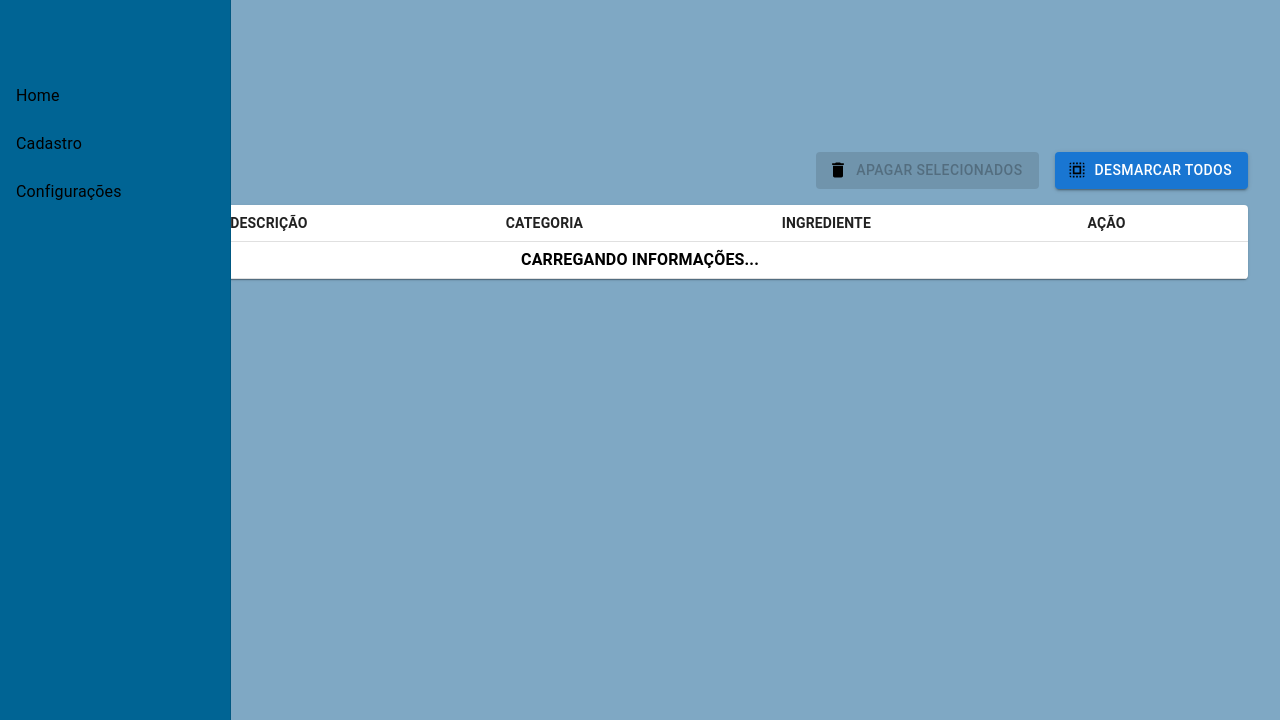
Repository: oZanella/projeto_windel_web_CRM
Page: /
These files come from the project's save history. The page is drawn as it stood at one moment and after a run of saves; the edit follows.
The browser window is 1280 px wide. The pictures show the whole page.
The page's requests for data from a server got no answer. The project was rebuilt for these pictures with package versions that can differ from the ones it lists, and the page was loaded fresh each time. No one was signed in, and anything a server would have sent is missing. Also part of the build but not shown: vite.config.js, src/components/Button.jsx, src/components/ModalConfirmDelete.jsx, src/routes/Configuracoes.jsx. Imported but missing from the stored project, and not drawn on this page: src/routes/Cadastro.jsx.

Above is the page before, as saved 2024-08-19 08:41:02.

### index.html
<!doctype html>
<html lang="en">

<head>
  <meta charset="UTF-8" />
  <link rel="icon" type="image/svg+xml" href="./src/image/LogoWindel.svg" />
  <link rel="stylesheet" href="src/style/GlobalStyles.css" />
  <link href="https://fonts.googleapis.com/css2?family=Playfair+Display&display=swap" rel="stylesheet">

  <meta name="viewport" content="width=device-width, initial-scale=1.0" />
  <title>Projeto Teste - CRM </title>
</head>

<body>
  <div id="root"></div>
  <script type="module" src="/src/main.jsx"></script>
</body>

</html>

### src/style/GlobalStyles.css
:root {
  --click: #7fa8c4;
  --primary: #E8F1F2;
  --darkblue: #13293D;
  --secondary: #000000;
  --ligthblue: #1b98e0;
  --animation: #006494;
  --ligthkgrey: #D3D3D3;
  --blueceledron: #247ba0;
  --delete: #FF0000;
}

* {
    color: var(--secondary);
}

body {
  background-color: var(--click);
}

### src/main.jsx
import { createBrowserRouter, RouterProvider, Navigate } from "react-router-dom"
import { createRoot } from 'react-dom/client'
import { StrictMode } from 'react'
import { App } from './App.jsx'

import './style/GlobalStyles.css'

//páginas do projeto
import { Cadastro } from './routes/Cadastro.jsx'
import { Home } from './routes/Home.jsx'
import { Configuracoes } from './routes/configuracoes.jsx'

const router = createBrowserRouter([
  {
    element: <App />,
    children: [
      {
        path: '/',
        element: <Navigate to="/home" replace />,
      },
      {
        path: '/home',
        element: <Home />,
      },
      {
        path: '/cadastro',
        element: <Cadastro />,
      },
      {
        path: '/configuracoes',
        element: <Configuracoes />,
      },
    ],
  },
])

createRoot(document.getElementById('root')).render(
  <StrictMode>
    <RouterProvider router={router} />
  </StrictMode>,
)

### src/App.jsx
import { Header } from './components/Header'
import { Outlet } from 'react-router-dom'
import { Box } from '@mui/material'
import './style/GlobalStyles.css'

export function App() {
  return (
    <Box sx={{ p: { xs: 2, sm: 3 }, marginTop: { xs: 8, sm: 8 } }}>
      <Header />
      <Box>
        <Outlet />
      </Box>
    </Box>
  );
}

### src/routes/Home.jsx
import React, { useEffect, useState } from 'react';
import { Box, TextField, Button, Dialog, DialogActions, DialogContent, DialogTitle, Select, MenuItem, FormControl, InputLabel } from '@mui/material';

import { handleShowDetails, handleEdit, handleSave, handleInputChange } from '../components/Handle';
import { CardDados } from '../components/TableHome';

import { blogFetch } from '../axios/config';


export const Home = () => {
  const [posts, setPosts] = useState([]);
  const [selectInfo, setSelectInfo] = useState(null);
  const [modeEdit, setModeEdit] = useState(null);
  const [dataEdit, setDataEdit] = useState({});
  const [openAddDialog, setOpenAddDialog] = useState(false);
  const [newPost, setNewPost] = useState({ name: '', description: '', category: '' });

  const getPosts = async () => {
    try {
      const response = await blogFetch.get("/recipe");
      const uniqueData = response.data.filter((value, index, self) =>
        index === self.findIndex((t) => t.id === value.id)
      );
      setPosts(uniqueData); // Garante que não tenha dados duplicados
    } catch (error) {
      console.log(error);
    }
  };

  useEffect(() => {
    getPosts();
  }, []);

  const handleDelete = async (postId) => {
    try {
      await blogFetch.delete(`/recipe/${postId}`);
      setPosts(posts.filter(post => post.id !== postId));
      console.log('Post deletado com sucesso');
    } catch (error) {
      console.error('Erro ao deletar o post', error);
    }
  };

  const handleAddOpen = () => setOpenAddDialog(true);
  const handleAddClose = () => setOpenAddDialog(false);

  {/* API para envio do novo registro*/ }
  const handleAdd = async () => {
    try {
      const newPostFormatted = {
        name: newPost.name,
        description: newPost.description,
        ingredients: [],
        category: newPost.category,
        isFavorite: newPost.isFavorite
      };

      const response = await blogFetch.post("/recipe", newPostFormatted);
      setPosts([...posts, response.data]);
      setNewPost({ name: '', description: '', category: '', isFavorite: false });
      handleAddClose();
      console.log('Post adicionado com sucesso');
    } catch (error) {
      console.error('Erro ao adicionar o post', error);
    }
  };

  return (
    <Box>
      {/* Dados para Adicionar Novo Registro */}
      <Dialog open={openAddDialog} onClose={handleAddClose}>
        <DialogTitle>Adicionar Novo Registro</DialogTitle>
        <DialogContent>
          <TextField
            name="name"
            label="Nome"
            value={newPost.name}
            onChange={(e) => setNewPost({ ...newPost, name: e.target.value })}
            fullWidth
            sx={{ marginBottom: 2 }}
          />
          <TextField
            name="description"
            label="Descrição"
            value={newPost.description}
            onChange={(e) => setNewPost({ ...newPost, description: e.target.value })}
            fullWidth
            sx={{ marginBottom: 2 }}
          />
          <TextField
            name="category"
            label="Categoria"
            value={newPost.category}
            onChange={(e) => setNewPost({ ...newPost, category: e.target.value })}
            fullWidth
            sx={{ marginBottom: 2 }}
          />
          <FormControl fullWidth sx={{ marginBottom: 2 }}>
            <InputLabel>Favorito</InputLabel>
            <Select
              name="isFavorite"
              value={newPost.isFavorite}
              onChange={(e) => setNewPost({ ...newPost, isFavorite: e.target.value })}
              label="Favorito"
            >
              <MenuItem value={true}>Sim</MenuItem>
              <MenuItem value={false}>Não</MenuItem>

            </Select>
          </FormControl>
        </DialogContent>
        <DialogActions>
          <Button onClick={handleAddClose}>Cancelar</Button>
          <Button onClick={handleAdd}>Adicionar</Button>
        </DialogActions>
      </Dialog>

      <CardDados
        posts={posts}
        handleDelete={handleDelete}
        handleEdit={handleEdit}
        handleSave={handleSave}
        modeEdit={modeEdit}
        setModeEdit={setModeEdit}
        dataEdit={dataEdit}
        setDataEdit={setDataEdit}
        handleInputChange={handleInputChange}
        selectInfo={selectInfo}
        setSelectInfo={setSelectInfo}
        handleShowDetails={handleShowDetails}
      />
    </Box>
  );
};

### src/components/Header.jsx
import { AppBar, Toolbar, Typography, Box, Button, IconButton, Drawer, List, ListItem, ListItemText } from '@mui/material';
import MenuIcon from '@mui/icons-material/Menu';
import Logo from '../image/LogoWindel.svg';
import { Link } from 'react-router-dom';
import React, { useState } from 'react';

export const Header = () => {
  const [isDrawerOpen, setIsDrawerOpen] = useState(false);

  const toggleDrawer = (open) => () => {
    setIsDrawerOpen(open);
  };

  const menuItems = [
    { text: 'Home', link: '/home' },
    { text: 'Cadastro', link: '/cadastro' },
    { text: 'Configurações', link: '/configuracoes' },
  ];

  return (
    <>

      <AppBar
        position="fixed"
        sx={{
          display: { xs: 'flex', sm: 'none' },
          width: '100%',
          boxShadow: '0px 0.01px 11px var(--secondary)',
          top: 0,
          left: 0,
          backgroundColor: 'var(--darkblue)',
        }}
      >
        <Toolbar
          sx={{
            display: 'flex',
            justifyContent: 'space-between',
          }}
        >
          <IconButton
            edge="start"
            color="inherit"
            aria-label="menu"
            onClick={toggleDrawer(true)}
          >
            <MenuIcon />

          </IconButton>
          <Typography variant="h6" sx={{ flexGrow: 1 }}>
            Cooking Cake
          </Typography>

          <IconButton
            to={`/home`}
            sx={{
              cursor: 'default',
            }}
            component={Link}
            aria-label="logo"
          >
            <img src={Logo} alt="Logo" style={{ width: '50px', height: '40px' }} />
          </IconButton>
        </Toolbar>
      </AppBar>


      <Drawer
        anchor="left"
        open={isDrawerOpen}
        onClose={toggleDrawer(false)}
        sx={{
          display: { xs: 'block', sm: 'none' },
          '& .MuiDrawer-paper': {
            width: 240,
            backgroundColor: 'var(--darkblue)',
          },
        }}
      >
        <List>
          {menuItems.map((item) => (
            <ListItem key={item.text} component={Link} to={item.link} onClick={toggleDrawer(false)}>
              <ListItemText primary={item.text} />
            </ListItem>
          ))}
        </List>
      </Drawer>


      <Drawer
        variant="permanent"
        sx={{
          display: { xs: 'none', sm: 'block' },
          '& .MuiDrawer-paper': {
            width: 230,
            backgroundColor: 'var(--animation)',
          },
        }}
        open
      >
        <Toolbar />
        <Box sx={{ overflow: 'auto' }}>
          <List>
            {menuItems.map((item) => (
              <ListItem key={item.text} component={Link} to={item.link}>
                <ListItemText primary={item.text} />
              </ListItem>
            ))}
          </List>
        </Box>
      </Drawer>

      {/* Area do main */}
      <Box
        component="main"
        sx={{
          marginLeft: { sm: '500px' },
          mt: '64px',
        }}
      >

      </Box>
    </>
  );
};

### src/components/Handle.jsx

import { blogFetch } from '../axios/config';


export const handleShowDetails = (post, setSelectInfo, selectInfo) => {
  if (selectInfo?.id === post.id) {
    setSelectInfo(null); // Fecha se já estiver aberto
  } else {
    setSelectInfo(post); // Abre o post atual
  }
};

export const handleEdit = (post, setModeEdit, setDataEdit) => {
  setModeEdit(post.id);
  setDataEdit(post);
};

//continua com erro, verificar!!
export const handleSave = async (postId, updateData) => {
  try {
    // Envie uma requisição PUT ou POST para salvar os dados atualizados
    const response = await blogFetch.put(`/blogFetch/posts/${postId}`, updateData);
    console.log('Dados salvos com sucesso', response.data);

  } catch (error) {
    console.error('Erro de API', error);
  }
};

export const handleInputChange = (e, setDataEdit) => {
  setDataEdit(prevDataEdit => ({ ...prevDataEdit, [e.target.name]: e.target.value }));
};

### src/components/TableHome.jsx
import React, { useState, useEffect } from 'react';
import {
  Table, TableBody, TableCell, TableContainer, TableHead, TableRow, Typography, Box, Button, IconButton, TextField, Dialog, DialogContent, DialogActions, FormControlLabel, Switch, Chip, Paper, Checkbox
} from '@mui/material';
import EditIcon from '@mui/icons-material/Edit';
import SaveIcon from '@mui/icons-material/Save';
import AddIcon from '@mui/icons-material/Add';
import CloseIcon from '@mui/icons-material/Close';
import DeleteIcon from '@mui/icons-material/Delete';
import SelectAllIcon from '@mui/icons-material/SelectAll';
import axios from 'axios';
import { DeleteButton } from './Button';

const API_BASE_URL = 'https://teste-tecnico-front-api.up.railway.app';

export const CardDados = ({
  posts, setPosts, handleDelete
}) => {
  const [openModal, setOpenModal] = useState(false);
  const [currentPost, setCurrentPost] = useState(null);
  const [dataEdit, setDataEdit] = useState({});
  const [newIngredient, setNewIngredient] = useState('');
  const [selectedPosts, setSelectedPosts] = useState([]);

  useEffect(() => {
    if (currentPost) {
      setDataEdit({ ...currentPost });
    }
  }, [currentPost]);

  const handleEditOpen = (post) => {
    setCurrentPost(post);
    setOpenModal(true);
  };

  const handleEditClose = () => {
    setOpenModal(false);
    setCurrentPost(null);
    setNewIngredient('');
  };

  const handleSaveModal = async () => {
    if (currentPost) {
      try {
        await axios.put(`${API_BASE_URL}/posts/${currentPost.id}`, dataEdit);
        const response = await axios.get(`${API_BASE_URL}/posts`);
        setPosts(response.data);
        handleEditClose();
      } catch (error) {
        console.error('Error ao salvar:', error);
      }
    }
  };

  const handleAddIngredient = () => {
    if (newIngredient.trim() !== '') {
      setDataEdit((prevData) => ({
        ...prevData,
        ingredients: [...(prevData.ingredients || []), newIngredient.trim()],
      }));
      setNewIngredient('');
    }
  };

  const handleRemoveIngredient = (ingredientToRemove) => {
    setDataEdit((prevData) => ({
      ...prevData,
      ingredients: (prevData.ingredients || []).filter((ingredient) => ingredient !== ingredientToRemove),
    }));
  };

  const handleSelectAll = () => {
    if (selectedPosts.length === posts.length) {
      setSelectedPosts([]); // Deselect all
    } else {
      setSelectedPosts(posts.map(post => post.id)); // Select all
    }
  };

  const handleDeleteSelected = async () => {
    try {
      await Promise.all(selectedPosts.map(id => axios.delete(`${API_BASE_URL}/posts/${id}`)));
      const response = await axios.get(`${API_BASE_URL}/posts`);
      setPosts(response.data);
      setSelectedPosts([]);
    } catch (error) {
      console.error('Error ao apagar os registros:', error);
    }
  };

  const handleSelectPost = (id) => {
    setSelectedPosts(prevSelected =>
      prevSelected.includes(id)
        ? prevSelected.filter(postId => postId !== id)
        : [...prevSelected, id]
    );
  };

  return (
    <>
      <Box sx={{ display: 'flex', justifyContent: 'flex-end', mb: 2 }}>
        <Button
          variant="contained"
          color="error"
          startIcon={<DeleteIcon />}
          onClick={handleDeleteSelected}
          disabled={selectedPosts.length === 0}
          sx={{ marginRight: 2 }}
        >
          Apagar Selecionados
        </Button>
        <Button
          variant="contained"
          color="primary"
          startIcon={<SelectAllIcon />}
          onClick={handleSelectAll}
        >
          {selectedPosts.length === posts.length ? 'Desmarcar Todos' : 'Selecionar Todos'}
        </Button>
      </Box>

      {/* Tabela aonde aparece os dados */}
      <TableContainer component={Paper} sx={{ overflowX: 'auto' }}>
        <Table size='small'>
          <TableHead>
            <TableRow>
              <TableCell sx={{ fontWeight: 'bold', textTransform: 'uppercase' }}>Nome</TableCell>
              <TableCell sx={{ fontWeight: 'bold', textTransform: 'uppercase' }}>Descrição</TableCell>
              <TableCell sx={{ fontWeight: 'bold', textTransform: 'uppercase' }}>Categoria</TableCell>
              <TableCell sx={{ fontWeight: 'bold', textTransform: 'uppercase' }}>Ingrediente</TableCell>
              <TableCell sx={{ fontWeight: 'bold', textTransform: 'uppercase' }}>Ação</TableCell>
            </TableRow>
          </TableHead>
          <TableBody>
            {posts.length === 0 ? (
              <TableRow>
                <TableCell colSpan={5} align="center">
                  <Typography variant="body1" sx={{ fontWeight: 'bold', textTransform: 'uppercase' }}>Carregando informações...</Typography>
                </TableCell>
              </TableRow>
            ) : (
              posts.map((post) => (
                <TableRow sx={{ height: 'auto' }} key={post.id}>
                  <TableCell sx={{ padding: '8px' }}>
                    {post.name}
                  </TableCell>
                  <TableCell sx={{ padding: '8px' }}>{post.description}</TableCell>
                  <TableCell sx={{ padding: '8px' }}>{post.category}</TableCell>

                  <TableCell sx={{ padding: '8px' }}>
                    <Box sx={{
                      display: 'flex',
                      flexWrap: 'wrap',
                      overflowX: 'auto',
                      gap: 1,
                      width: '100%',
                    }}>
                      {post.ingredients && post.ingredients.length > 0 ? (
                        post.ingredients.map((ingredient) => (
                          <Box
                            key={ingredient.id}
                            sx={{
                              display: 'flex',
                              flexDirection: 'column',
                              alignItems: 'flex-start',
                              marginRight: 1,
                              marginBottom: 1,
                            }}
                          >
                            <Typography variant="body1">{ingredient.name}</Typography>
                            <Typography variant="body2" color="textSecondary">
                              Quantidade: {ingredient.quantity}
                            </Typography>
                          </Box>
                        ))
                      ) : (
                        <Typography variant="body2">Nenhum ingrediente disponível</Typography>
                      )}
                    </Box>
                  </TableCell>

                  <TableCell>
                    <Box sx={{ display: 'flex', alignItems: 'center' }}>
                      <Checkbox
                        checked={selectedPosts.includes(post.id)}
                        onChange={() => handleSelectPost(post.id)}
                        color="primary"
                      />
                      <IconButton
                        color="primary"
                        onClick={() => handleEditOpen(post)}
                        sx={{ mr: 1 }}
                      >
                        <EditIcon />
                      </IconButton>
                      <IconButton
                        color="error"
                        onClick={() => handleDelete(post.id)}
                      >
                        <DeleteIcon />
                      </IconButton>
                    </Box>
                  </TableCell>
                </TableRow>
              ))
            )}
          </TableBody>
        </Table>
      </TableContainer>

      {/* Modal de edição */}
      <Dialog open={openModal} onClose={handleEditClose} fullWidth maxWidth="sm">
        <DialogContent>
          {currentPost && (
            <Box component="form" sx={{ display: 'flex', flexDirection: 'column', gap: 2 }}>
              <TextField
                name="name"
                label="Nome"
                value={dataEdit.name || ''}
                onChange={(e) => setDataEdit({ ...dataEdit, name: e.target.value })}
                fullWidth
                sx={{ marginBottom: 2 }}
              />
              <TextField
                name="description"
                label="Descrição"
                value={dataEdit.description || ''}
                onChange={(e) => setDataEdit({ ...dataEdit, description: e.target.value })}
                fullWidth
                sx={{ marginBottom: 2 }}
              />
              <TextField
                name="category"
                label="Categoria"
                value={dataEdit.category || ''}
                onChange={(e) => setDataEdit({ ...dataEdit, category: e.target.value })}
                fullWidth
                sx={{ marginBottom: 2 }}
              />
              <FormControlLabel
                control={
                  <Switch
                    checked={dataEdit.isFavorite || false}
                    onChange={(e) => setDataEdit({ ...dataEdit, isFavorite: e.target.checked })}
                    name="isFavorite"
                    color="primary"
                  />
                }
                label="Favorito"
                sx={{ marginTop: 1 }}
              />
              <Box sx={{ marginTop: 2 }}>
                <Typography variant="h6" sx={{ mb: 1 }}>Ingredientes</Typography>
                {dataEdit.ingredients && dataEdit.ingredients.map((ingredient, index) => (
                  <Chip
                    key={index}
                    label={`${ingredient.name} (${ingredient.quantity})`}
                    onDelete={() => handleRemoveIngredient(ingredient)}
                    sx={{ marginRight: 1, marginBottom: 1 }}
                    deleteIcon={<CloseIcon />}
                  />
                ))}
                <Box sx={{ display: 'flex', alignItems: 'center', mt: 2 }}>
                  <TextField
                    value={newIngredient}
                    onChange={(e) => setNewIngredient(e.target.value)}
                    label="Novo ingrediente"
                    variant="outlined"
                    size="small"
                    sx={{ marginRight: 1 }}
                  />
                  <Button
                    variant="contained"
                    color="primary"
                    onClick={handleAddIngredient}
                    startIcon={<AddIcon />}
                  >
                    Adicionar
                  </Button>
                </Box>
              </Box>
            </Box>
          )}
        </DialogContent>
        <DialogActions>
          <Button onClick={handleEditClose} color="inherit">
            Cancelar
          </Button>
          <Button
            onClick={handleSaveModal}
            color="primary"
            variant="contained"
            startIcon={<SaveIcon />}
          >
            Salvar
          </Button>
        </DialogActions>
      </Dialog>
    </>
  );
};

### src/axios/config.jsx
// src/axios/config.js
import axios from 'axios';

export const blogFetch = axios.create({
  baseURL: 'https://teste-tecnico-front-api.up.railway.app',
  headers: {
    'Content-Type': 'application/json',
  },
});

After the next 3 saves:
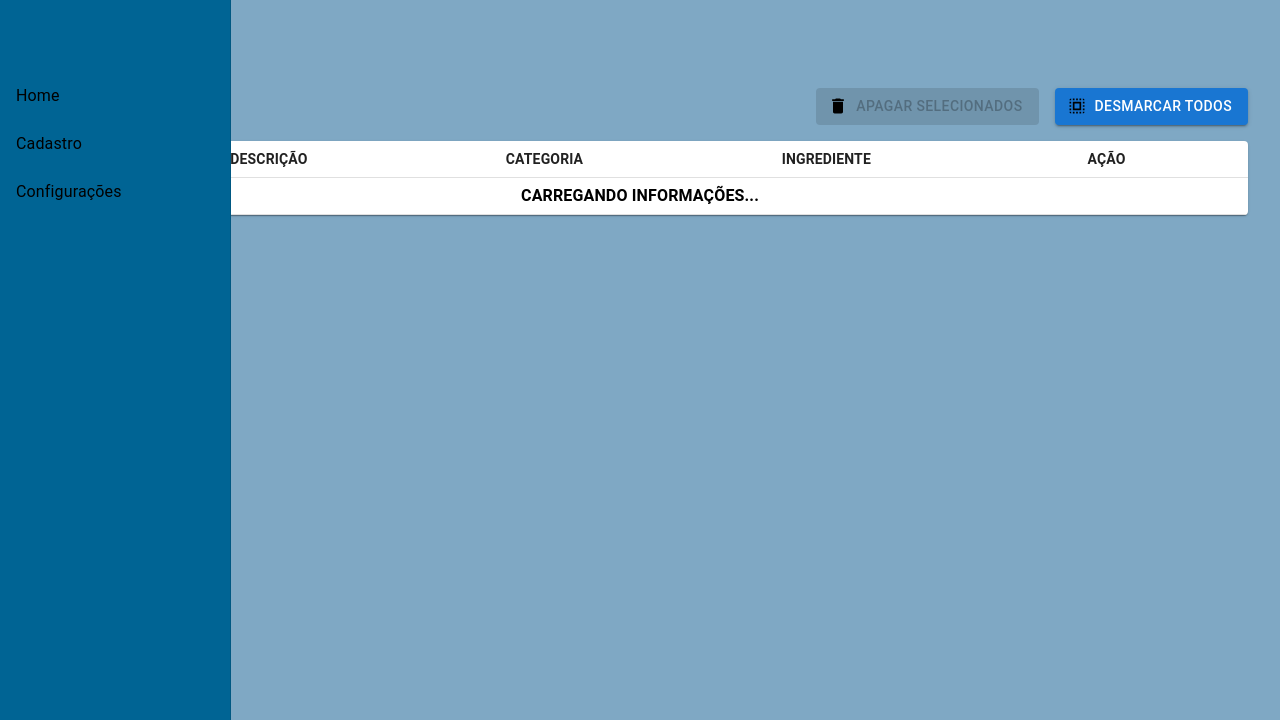
The 3 saves are shown as one change because they came seconds apart.
The last was saved 11 s later.
--- a/src/components/Header.jsx
+++ b/src/components/Header.jsx
@@ -114,7 +114,6 @@ export const Header = () => {
         component="main"
         sx={{
           marginLeft: { sm: '500px' },
-          mt: '64px',
         }}
       >
 
